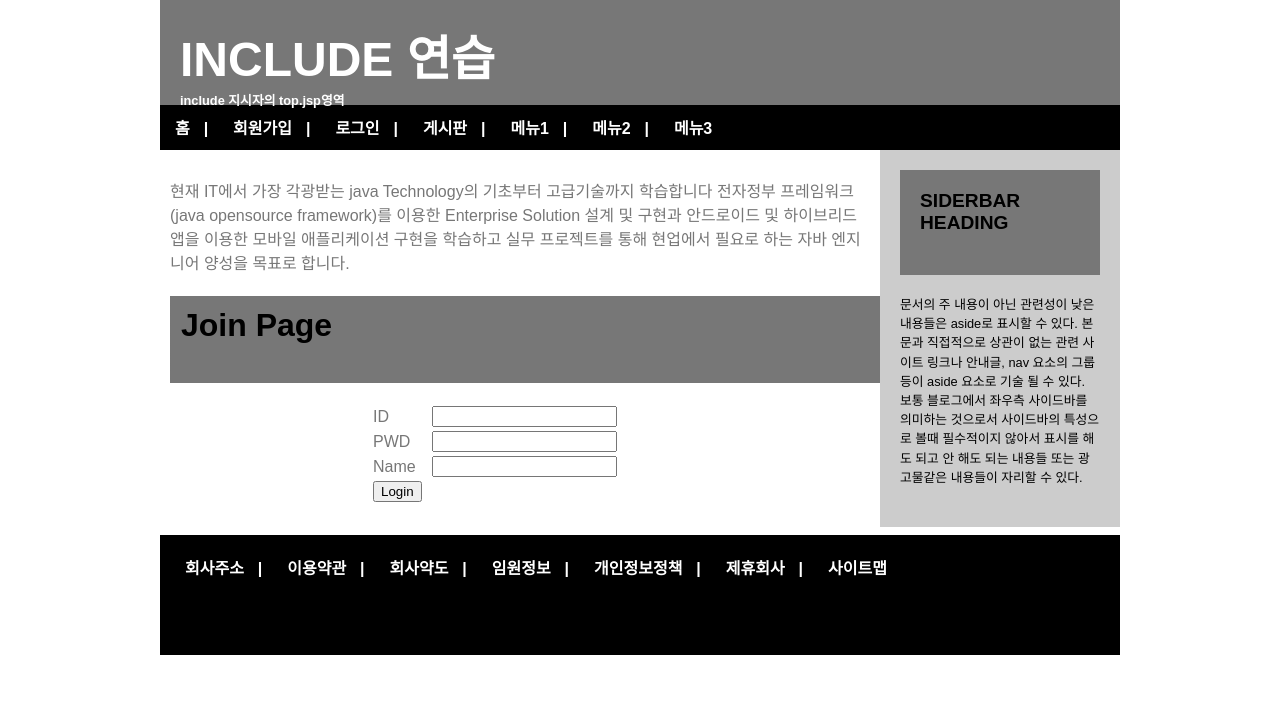
Repository: dev-sean/kosta
Page: http://localhost/jsp_1104/join.jsp
These files come from the project's save history. The page is drawn as it stood at one moment and after the next save; the edit follows.
The browser window is 1280 px wide. The pictures show the whole page.
Some web libraries are served in a nearby version. The page is served by Tomcat 9. Other server files are loaded and not shown.

Above is the page before, as saved 2014-11-04 02:33:41.

### jsp/jsp_1104/WebContent/join.jsp
<%@ page language="java" contentType="text/html; charset=EUC-KR"
    pageEncoding="EUC-KR"%>
    <%@include file="ex1_top.jsp"%>
<article>


		<p>현재 IT에서 가장 각광받는 java Technology의 기초부터 고급기술까지 학습합니다 전자정부
			프레임워크(java opensource framework)를 이용한 Enterprise Solution 설계 및 구현과
			안드로이드 및 하이브리드앱을 이용한 모바일 애플리케이션 구현을 학습하고 실무 프로젝트를 통해 현업에서 필요로 하는 자바
			엔지니어 양성을 목표로 합니다.</p>
		<section>
			<header style="margin: auto; width: 100%;">
				<h2>Join Page</h2>
			</header>
			<p>
			<form method="post" action="join_ok.jsp">
				<table style="margin: auto; width: 300px">
					<tr>
						<td>ID</td>
						<td><input type="text" name="id"></td>
					</tr>
					<tr>
						<td>PWD</td>
						<td><input type="password" name="pwd"></td>
					</tr>
					<tr>
						<td>Name</td>
						<td><input type="text" name="name"></td>
					</tr>
					<tr>
						<td colspan="2"><input type="submit" value="Login"></td>
					</tr>
				</table>
			</form>
			</p>
		</section>
	</article>
	<aside>
		<header>
			<h1>Siderbar Heading</h1>
		</header>
		<p>문서의 주 내용이 아닌 관련성이 낮은 내용들은 aside로 표시할 수 있다. 본문과 직접적으로 상관이 없는 관련
			사이트 링크나 안내글, nav 요소의 그룹 등이 aside 요소로 기술 될 수 있다. 보통 블로그에서 좌우측 사이드바를
			의미하는 것으로서 사이드바의 특성으로 볼때 필수적이지 않아서 표시를 해도 되고 안 해도 되는 내용들 또는 광고물같은 내용들이
			자리할 수 있다.</p>

	</aside>
	<%@include file="ex1_bottom.jsp"%>

### jsp/jsp_1104/WebContent/ex1_top.jsp
<%@ page language="java" contentType="text/html; charset=EUC-KR"
    pageEncoding="EUC-KR"%>
<!DOCTYPE html>
<html>
<head>
<meta charset="EUC-KR">
<title>Insert title here</title>
<link rel="stylesheet" href="style/style.css" type="text/css">
<script src="//code.jquery.com/jquery-1.11.0.min.js"></script>
<script src="//code.jquery.com/jquery-migrate-1.2.1.min.js"></script>
<script>
	$(document).ready(function() {

	});
</script>
</head>
<body>

	<header class="hd">
		<h1>Include 연습</h1>
		<h2>include 지시자의 top.jsp영역</h2>
	</header>
	<nav>
		<ul>
			<li><a href="ex1_body.jsp">홈</a>&nbsp; |</li>
			<li><a href="">회원가입</a>&nbsp; |</li>
			<li><a href="loginForm.jsp">로그인</a>&nbsp; |</li>
			<li><a href="">게시판</a>&nbsp; |</li>
			<li><a href="">메뉴1</a>&nbsp; |</li>
			<li><a href="">메뉴2</a>&nbsp; |</li>
			<li><a href="">메뉴3</a></li>
		</ul>
	</nav>

### jsp/jsp_1104/WebContent/ex1_bottom.jsp
<%@ page language="java" contentType="text/html; charset=EUC-KR"
	pageEncoding="EUC-KR"%>
<footer>
	<nav>
		<ul>
			<li><a href="">회사주소</a>&nbsp; |</li>
			<li><a href="">이용약관</a>&nbsp; |</li>
			<li><a href="">회사약도</a>&nbsp; |</li>
			<li><a href="">임원정보</a>&nbsp; |</li>
			<li><a href="">개인정보정책</a>&nbsp; |</li>
			<li><a href="">제휴회사</a>&nbsp; |</li>
			<li><a href="">사이트맵</a></li>
		</ul>
	</nav>
</footer>


</body>
</html>

### jsp/jsp_1104/WebContent/style/style.css
@CHARSET "EUC-KR";
html, body, div, h1, h2, h3, h4, h5, h6, p {
	margin: 0;
	padding: 0;
	border: 0;
	outline: 0;
	font-size: 100%;
}

body {
	width: 960px;
	margin: 0 auto;
	font-family: Arial, sans-serif;
	color: #777;
}

p {
	margin-top: 20px;
	margin-bottom: 20px;
	line-height: 150%;
}
.hd h1{

}
header {
	background: #777;
	padding: 20px;
	height: 65px;
	clear: both;
}

body header  h1 {
	font-size: 3.0em;
	text-transform: uppercase;
	color: #fff;
}

body header  h2 {
	font-size: 0.8em;
	color: #fff;

}

body nav {
	height: 25px;
	padding: 10px;
	background: #000;
	color: #FFFFFF;
	font-weight: bold;
	clear: both;
	-moz-border-radius: 20px 0px;
}

body nav ul {
	padding: 0;
	margin: 0;
	list-style: none;
}

nav ul li {
	display: block;
	float: left;
	margin-right: 20px;
}

footer {
	background: #000;
	padding: 10px;
	height: 100px;
	color: #fff;
	clear: both;
}

nav ul li a {
	color: #fff;
	background: #000;
	text-decoration: none;
	padding: 5px;
	margin: 0;
}

nav ul li a:hover {
	background: #777;
}

article {
	width: 700px;
	padding: 10px;
	float: left;
}

article header {
	border: 1px dashed #777;
	padding: 10px;
}

article header h2 {
	color: #000;
	font-size: 2em;
}

time {
	font-size: 0.7em;
	margin-top: 0px;
	margin-bottom: 0px;
}

article section footer {
	border: 1px dashed #777;
	padding: 10px;
}

article>footer {
	font-style: italic;
}

figure {
	margin: 0 auto;
	padding: 20px;
	width: 500px;
	text-align: center;
	border: 1px dashed #ccc;
	clear: both;
}

figure img {
	padding: 10px;
	margin: 0 auto;
}

aside {
	width: 200px;
	padding: 20px;
	float: left;
	background: #ccc;
	color: #000;
	font-size: 0.8em;
}

aside header h1 {
	font-size: 1.5em;
	color: #000;
}

After the next save:
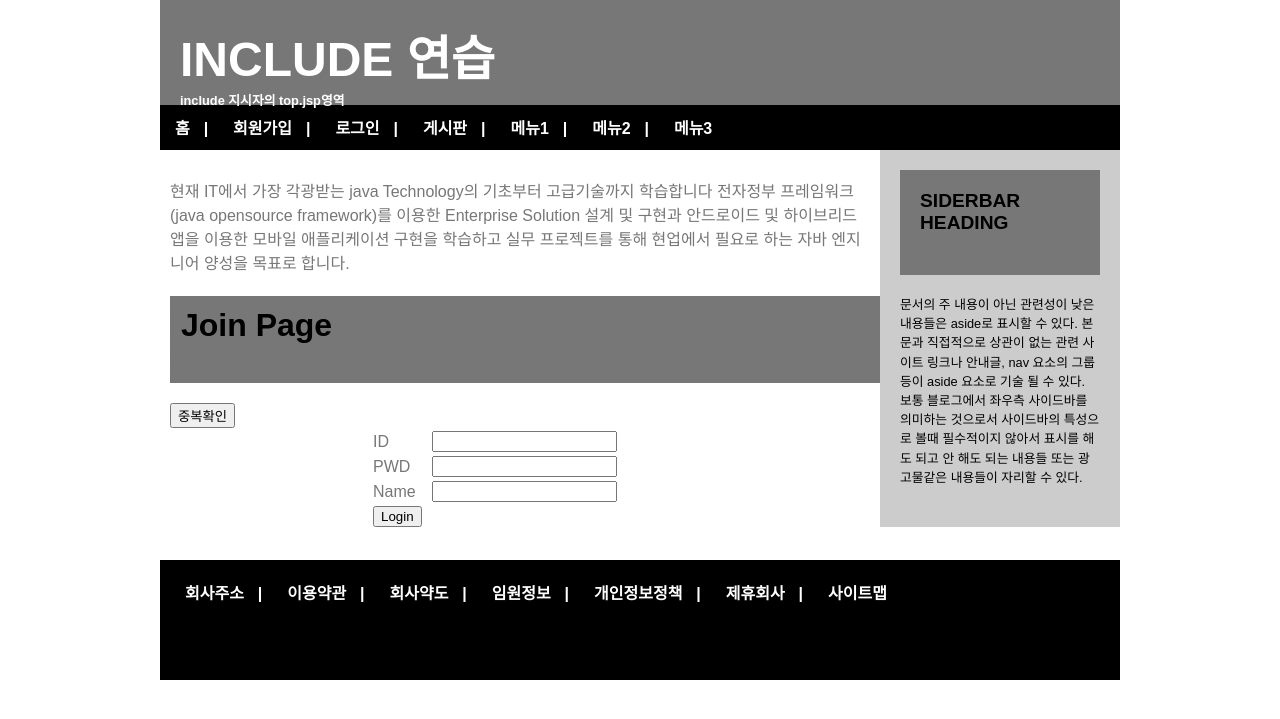
Saved 27 s later.
--- a/jsp/jsp_1104/WebContent/join.jsp
+++ b/jsp/jsp_1104/WebContent/join.jsp
@@ -18,6 +18,7 @@
 					<tr>
 						<td>ID</td>
 						<td><input type="text" name="id"></td>
+						<input type="button" id="btn1" value="중복확인">
 					</tr>
 					<tr>
 						<td>PWD</td>
